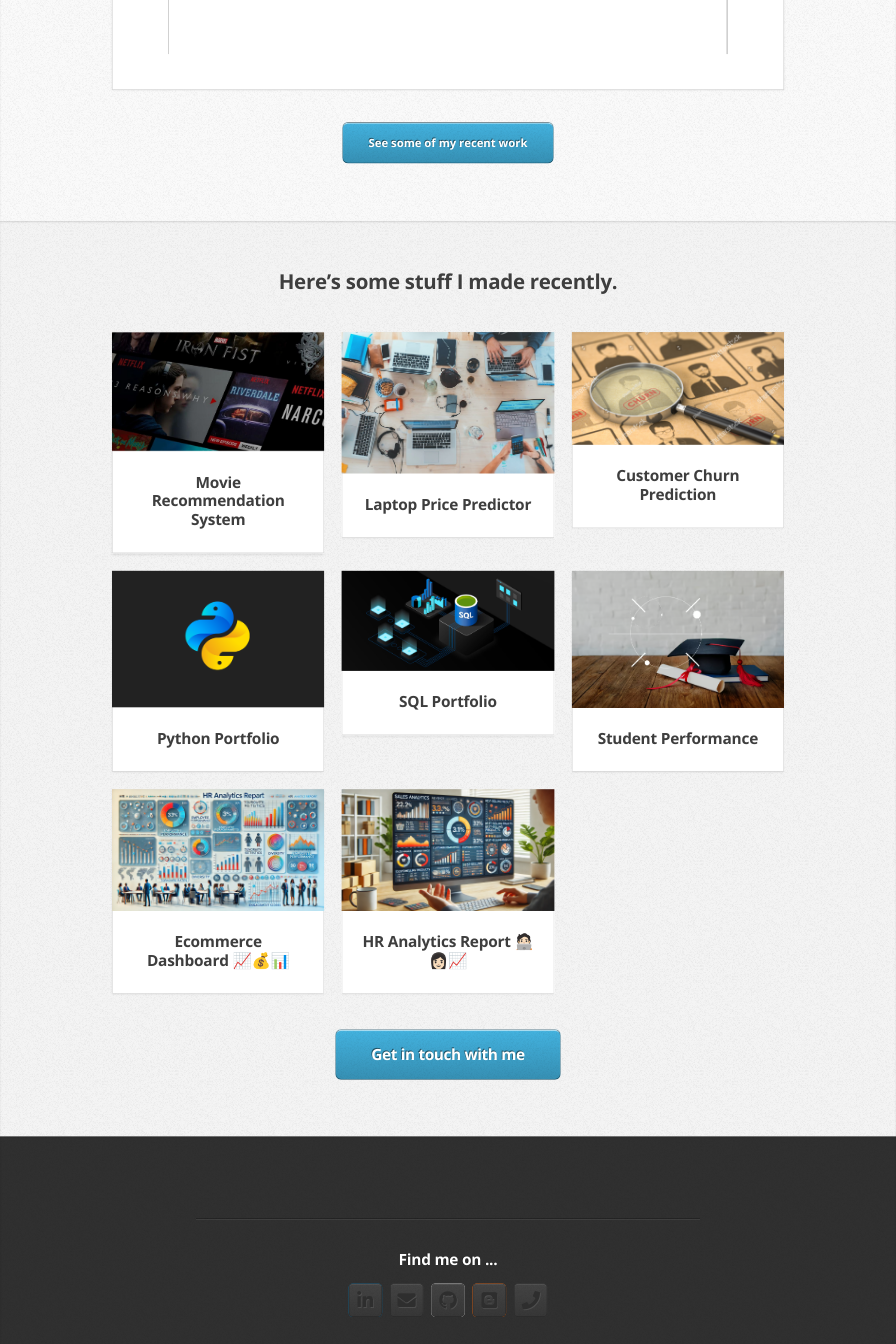
Repository: Shalini-Nanda-ds/Shalini-s-portfolio
Page: index.html
The author's editor kept a copy of each file at every save. The page is drawn from the files as they stood at one save, then again after the next save.
The browser window is 1280 px wide. The pictures show the part of the page from y = 2498 to 4418 px (the page is 4550 px tall), at 70% of full size.

Above is the page before, as saved 2025-03-18 16:59:00.

After the next save:
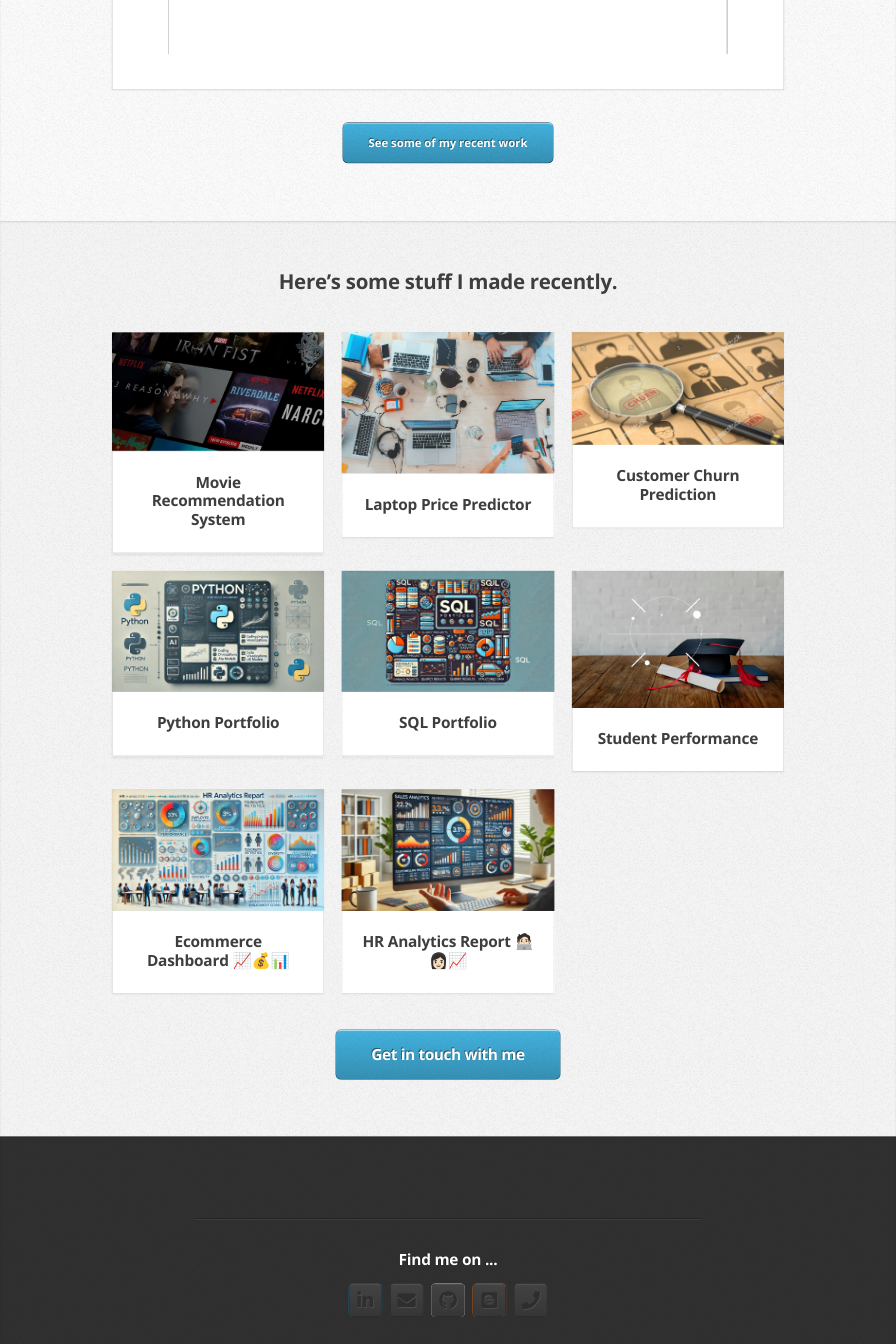
Saved 6 min 11 s later.
--- a/index.html
+++ b/index.html
@@ -139,14 +139,14 @@
 					</div>
 					<div class="col-4 col-6-medium col-12-small">
 						<article class="box style2">
-							<a href="https://github.com/Shalini-Nanda-ds/Python-Portfolio" class="image featured" target="_blank"><img src="images\python.PNG" alt="Python Portfolio" /></a>
+							<a href="https://github.com/Shalini-Nanda-ds/Python-Portfolio" class="image featured" target="_blank"><img src="images/Python_preview.webp" alt="Python Portfolio" /></a>
 							<h3><a href="https://github.com/Shalini-Nanda-ds/Python-Portfolio" target="_blank">Python Portfolio</a></h3>
 							<!-- <p>Ornare nulla proin odio consequat.</p> -->
 							</article>
 					</div>
 					<div class="col-4 col-6-medium col-12-small">
 						<article class="box style2">
-							<a href="https://github.com/Shalini-Nanda-ds/SQL-Portfolio" class="image featured" target="_blank"><img src="images\Sql.PNG" alt="SQL Portfolio" /></a>
+							<a href="https://github.com/Shalini-Nanda-ds/SQL-Portfolio" class="image featured" target="_blank"><img src="images\SQL_preview.webp" alt="SQL Portfolio" /></a>
 							<h3><a href="https://github.com/Shalini-Nanda-ds/SQL-Portfolio" target="_blank">SQL Portfolio</a></h3>
 							<!-- <p>Ornare nulla proin odio consequat.</p> -->
 							</article>
